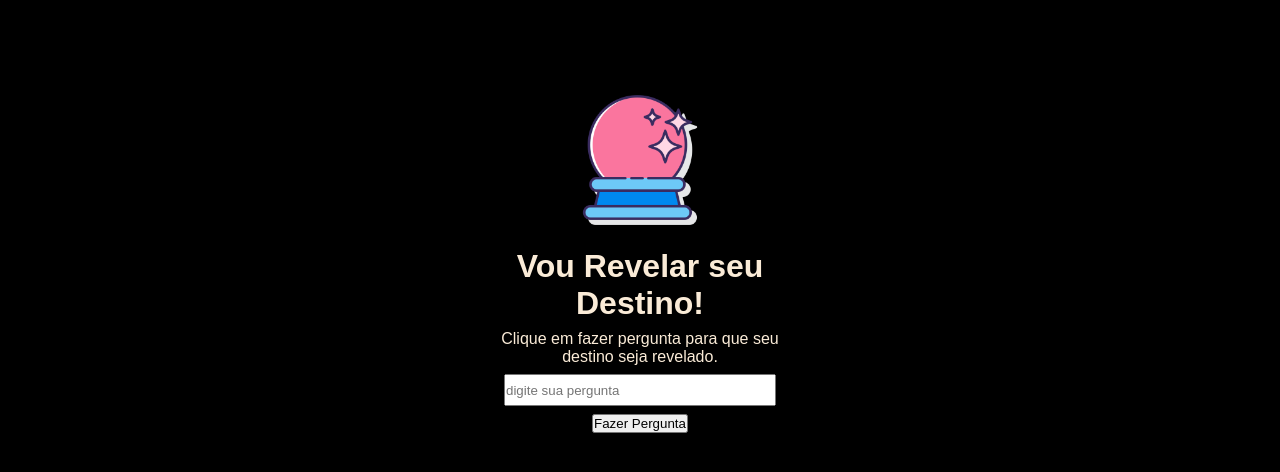
Repository: guilhermecardoso93/nlwexplorer
Page: index.html
An editor plug-in stored every save of this project. The page is shown before and after the next save, followed by the edit.
The browser window is 1280 px wide. The pictures show the whole page.

Above is the page before, as saved 2022-06-08 23:37:28.

After the next save:
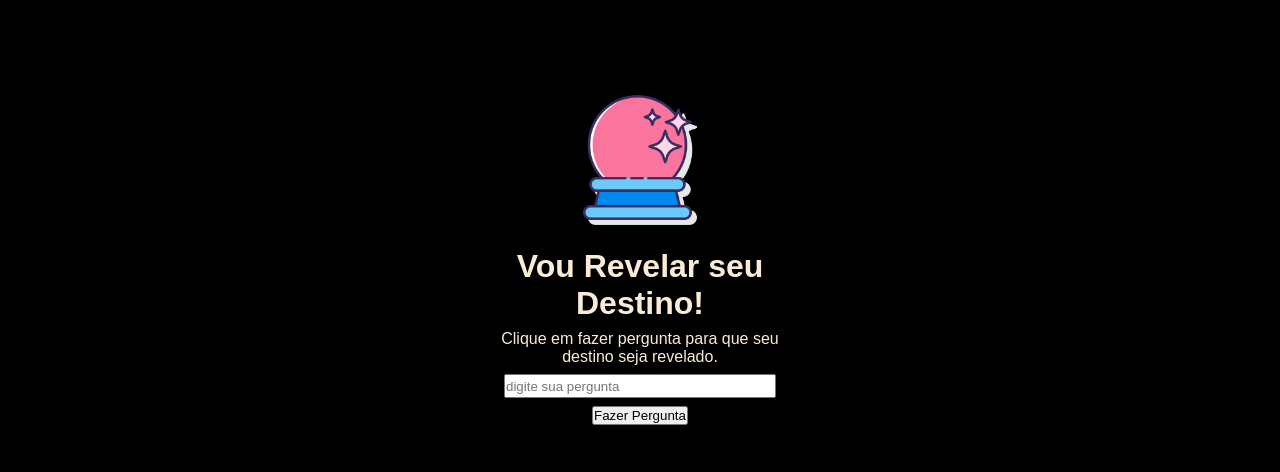
Saved 6 s later.
--- a/styles.css
+++ b/styles.css
@@ -23,7 +23,7 @@ main .principal {
 
 .principal input{
   width: 17rem;
-  height: 2rem;
+  height: 1.5rem;
 }
 
 #cristalBallImg {
